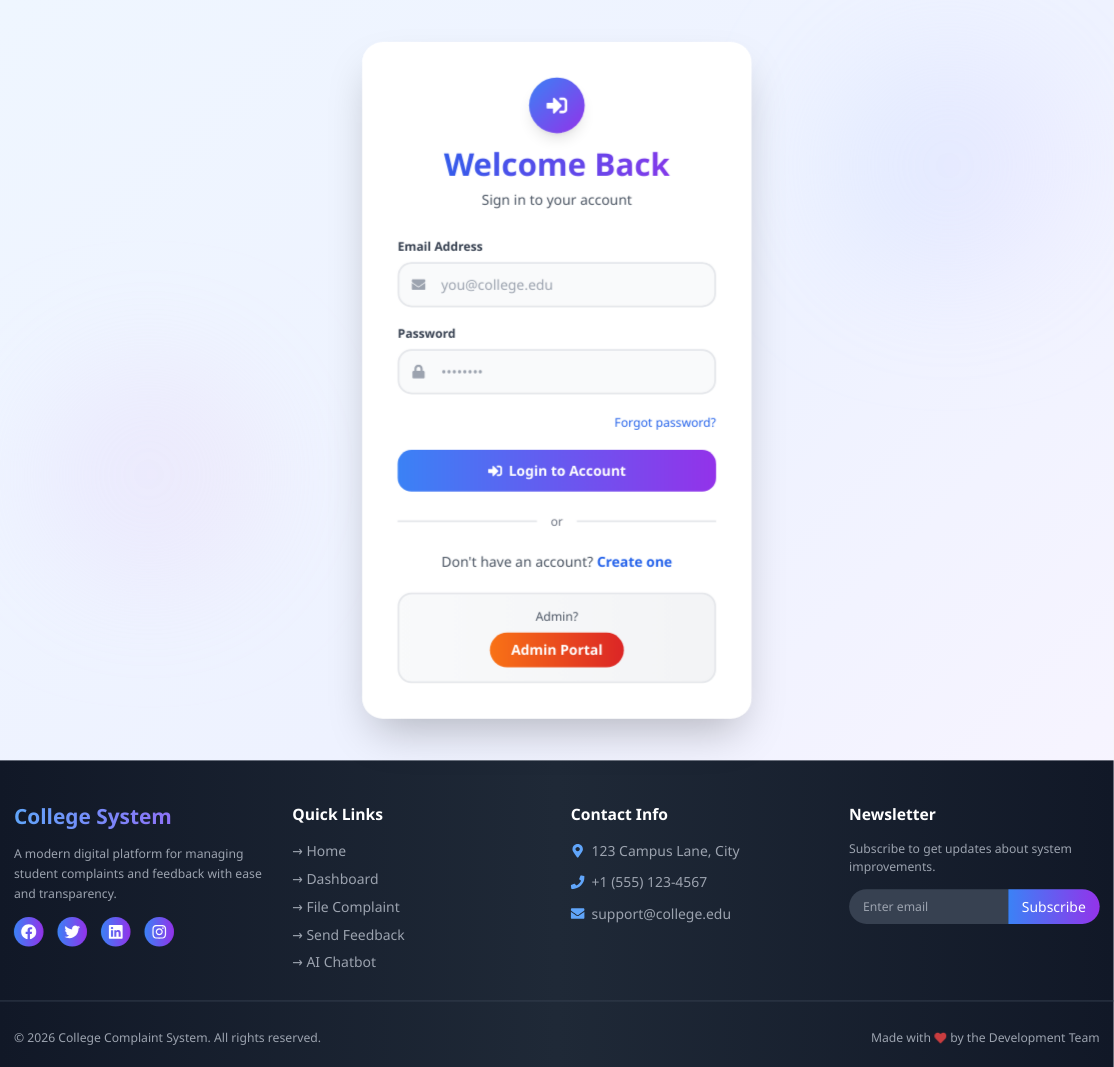
Repository: singrohaanvi/Complaint_System
Page: /login (app in frontend/)
An editor plug-in stored every save of this project. The page is shown before and after a run of saves, followed by the edit.
The browser window is 1280 px wide. The pictures show the whole page, at 87% of full size.
The project was rebuilt for these pictures with package versions that can differ from the ones it lists, and the page was loaded fresh each time. Some packages were replaced by stand-ins written for this rebuild. Also part of the build but not shown: frontend/src/pages/Home.js, frontend/src/pages/FeaturesDetailsPage.js, frontend/src/pages/AboutPage.js, frontend/src/pages/Register.js, frontend/src/components/Navbar.js, frontend/src/pages/Dashboard.js, frontend/src/pages/SubmitComplaint.js, frontend/src/pages/ComplaintStatus.js and 8 more.

Above is the page before, as saved 2026-03-27 01:00:18.

### frontend/public/index.html
<!DOCTYPE html>
<html lang="en">
  <head>
    <meta charset="utf-8" />
    <meta name="viewport" content="width=device-width, initial-scale=1" />
    <meta name="theme-color" content="#000000" />
    <meta
      name="description"
      content="College Complaint and Feedback System"
    />
    <title>College Complaint System</title>
  </head>
  <body>
    <noscript>You need to enable JavaScript to run this app.</noscript>
    <div id="root"></div>
  </body>
</html>

### frontend/src/App.js
import React, { useState, useEffect } from 'react';
import { BrowserRouter as Router, Route, Routes, Navigate } from 'react-router-dom';
import Home from './pages/Home';
import FeaturesDetailsPage from './pages/FeaturesDetailsPage';
import AboutPage from './pages/AboutPage';
import Login from './pages/Login';
import Register from './pages/Register';
import Dashboard from './pages/Dashboard';
import SubmitComplaint from './pages/SubmitComplaint';
import ComplaintStatus from './pages/ComplaintStatus';
import SubmitFeedback from './pages/SubmitFeedback';
import Chatbot from './pages/Chatbot';
import Notifications from './pages/Notifications';
import AdminLogin from './pages/AdminLogin';
import AdminDashboard from './pages/AdminDashboard';
import AdminManageComplaints from './pages/AdminManageComplaints';
import AdminManageFeedback from './pages/AdminManageFeedback';

function App() {
  const [isAuthenticated, setIsAuthenticated] = useState(false);
  const [user, setUser] = useState(null);
  const [isAdminAuthenticated, setIsAdminAuthenticated] = useState(false);
  const [admin, setAdmin] = useState(null);

  useEffect(() => {
    const token = localStorage.getItem('token');
    const storedUser = localStorage.getItem('user');
    const adminToken = localStorage.getItem('adminToken');
    const storedAdmin = localStorage.getItem('admin');

    if (token && storedUser) {
      setIsAuthenticated(true);
      setUser(JSON.parse(storedUser));
    }

    if (adminToken && storedAdmin) {
      setIsAdminAuthenticated(true);
      setAdmin(JSON.parse(storedAdmin));
    }
  }, []);

  const handleLogout = () => {
    localStorage.removeItem('token');
    localStorage.removeItem('user');
    setIsAuthenticated(false);
    setUser(null);
  };

  const handleAdminLogout = () => {
    localStorage.removeItem('adminToken');
    localStorage.removeItem('admin');
    setIsAdminAuthenticated(false);
    setAdmin(null);
  };

  return (
    <Router>
      <Routes>
        {/* Home Page - Always Accessible */}
        <Route path="/" element={<Home />} />
        <Route path="/features" element={<FeaturesDetailsPage />} />
        <Route path="/about" element={<AboutPage />} />

        {/* Student Routes */}
        <Route path="/login" element={<Login setIsAuthenticated={setIsAuthenticated} setUser={setUser} />} />
        <Route path="/register" element={<Register />} />

        {/* Admin Routes */}
        <Route path="/admin/login" element={<AdminLogin setIsAdminAuthenticated={setIsAdminAuthenticated} setAdmin={setAdmin} />} />

        {isAdminAuthenticated ? (
          <>
            <Route path="/admin/dashboard" element={<AdminDashboard admin={admin} handleAdminLogout={handleAdminLogout} />} />
            <Route path="/admin/manage-complaints" element={<AdminManageComplaints admin={admin} handleAdminLogout={handleAdminLogout} />} />
            <Route path="/admin/manage-feedback" element={<AdminManageFeedback admin={admin} handleAdminLogout={handleAdminLogout} />} />
            <Route path="/admin/*" element={<Navigate to="/admin/dashboard" />} />
          </>
        ) : null}

        {isAuthenticated ? (
          <>
            <Route path="/dashboard" element={<Dashboard user={user} handleLogout={handleLogout} />} />
            <Route path="/submit-complaint" element={<SubmitComplaint user={user} handleLogout={handleLogout} />} />
            <Route path="/complaint-status" element={<ComplaintStatus user={user} handleLogout={handleLogout} />} />
            <Route path="/submit-feedback" element={<SubmitFeedback user={user} handleLogout={handleLogout} />} />
            <Route path="/chatbot" element={<Chatbot user={user} handleLogout={handleLogout} />} />
            <Route path="/notifications" element={<Notifications user={user} handleLogout={handleLogout} />} />
            <Route path="/*" element={<Navigate to="/dashboard" />} />
          </>
        ) : (
          <>
            <Route path="*" element={<Navigate to="/" />} />
          </>
        )}
      </Routes>
    </Router>
  );
}

export default App;

### frontend/src/index.css
@tailwind base;
@tailwind components;
@tailwind utilities;

* {
  margin: 0;
  padding: 0;
  box-sizing: border-box;
}

body {
  font-family: 'Segoe UI', Tahoma, Geneva, Verdana, sans-serif;
  background-color: #f5f5f5;
}

### frontend/src/pages/Login.js
import React, { useState } from 'react';
import { useNavigate, Link } from 'react-router-dom';
import axios from 'axios';
import { FaEnvelope, FaLock, FaSignInAlt, FaSpinner } from 'react-icons/fa';
import Footer from '../components/Footer';

function Login({ setIsAuthenticated, setUser }) {
  const [email, setEmail] = useState('');
  const [password, setPassword] = useState('');
  const [error, setError] = useState('');
  const [loading, setLoading] = useState(false);
  const navigate = useNavigate();

  const handleSubmit = async (e) => {
    e.preventDefault();
    setLoading(true);
    setError('');

    try {
      const response = await axios.post('http://localhost:5000/api/auth/login', {
        email,
        password,
      });

      localStorage.setItem('token', response.data.token);
      localStorage.setItem('user', JSON.stringify(response.data.user));
      setIsAuthenticated(true);
      setUser(response.data.user);
      navigate('/dashboard');
    } catch (err) {
      setError(err.response?.data?.message || 'Login failed');
    } finally {
      setLoading(false);
    }
  };

  return (
    <div className="min-h-screen bg-gradient-to-br from-blue-50 via-indigo-50 to-purple-50 flex flex-col">
      <div className="flex-1 flex items-center justify-center px-4 py-12">
        <div className="w-full max-w-md">
          {/* Decorative Elements */}
          <div className="absolute top-10 right-10 w-72 h-72 bg-gradient-to-r from-blue-200 to-purple-200 rounded-full mix-blend-multiply filter blur-3xl opacity-20 animate-blob"></div>
          <div className="absolute bottom-10 left-10 w-72 h-72 bg-gradient-to-r from-purple-200 to-pink-200 rounded-full mix-blend-multiply filter blur-3xl opacity-20 animate-blob animation-delay-2000"></div>

          {/* Card */}
          <div className="relative bg-white rounded-3xl shadow-2xl p-8 md:p-10 backdrop-blur-xl border border-white/20">
            {/* Header */}
            <div className="text-center mb-8">
              <div className="inline-flex items-center justify-center w-16 h-16 rounded-full bg-gradient-to-br from-blue-500 to-purple-600 mb-4 shadow-lg">
                <FaSignInAlt className="text-white text-2xl" />
              </div>
              <h1 className="text-4xl font-bold text-transparent bg-clip-text bg-gradient-to-r from-blue-600 to-purple-600 mb-2">
                Welcome Back
              </h1>
              <p className="text-gray-600">Sign in to your account</p>
            </div>

            {/* Error Message */}
            {error && (
              <div className="bg-red-50 border-2 border-red-200 text-red-700 px-4 py-3 rounded-2xl mb-6 flex items-center space-x-2 animate-shake">
                <span>⚠️</span>
                <span>{error}</span>
              </div>
            )}

            {/* Form */}
            <form onSubmit={handleSubmit} className="space-y-5">
              {/* Email Input */}
              <div className="relative group">
                <label className="block text-sm font-semibold text-gray-700 mb-2">Email Address</label>
                <div className="relative">
                  <FaEnvelope className="absolute left-4 top-1/2 transform -translate-y-1/2 text-gray-400 group-focus-within:text-blue-500 transition" />
                  <input
                    type="email"
                    value={email}
                    onChange={(e) => setEmail(e.target.value)}
                    required
                    className="w-full pl-12 pr-4 py-3 border-2 border-gray-200 rounded-2xl focus:outline-none focus:border-blue-500 focus:ring-4 focus:ring-blue-200 transition bg-gray-50 hover:bg-white"
                    placeholder="you@college.edu"
                  />
                </div>
              </div>

              {/* Password Input */}
              <div className="relative group">
                <label className="block text-sm font-semibold text-gray-700 mb-2">Password</label>
                <div className="relative">
                  <FaLock className="absolute left-4 top-1/2 transform -translate-y-1/2 text-gray-400 group-focus-within:text-blue-500 transition" />
                  <input
                    type="password"
                    value={password}
                    onChange={(e) => setPassword(e.target.value)}
                    required
                    className="w-full pl-12 pr-4 py-3 border-2 border-gray-200 rounded-2xl focus:outline-none focus:border-blue-500 focus:ring-4 focus:ring-blue-200 transition bg-gray-50 hover:bg-white"
                    placeholder="••••••••"
                  />
                </div>
              </div>

              {/* Forgot Password Link */}
              <div className="text-right">
                <a href="#" className="text-sm text-blue-600 hover:text-purple-600 font-medium transition">
                  Forgot password?
                </a>
              </div>

              {/* Submit Button */}
              <button
                type="submit"
                disabled={loading}
                className="w-full bg-gradient-to-r from-blue-500 to-purple-600 hover:from-blue-600 hover:to-purple-700 text-white font-bold py-3 px-4 rounded-2xl transition transform hover:scale-105 hover:shadow-xl disabled:opacity-70 disabled:cursor-not-allowed disabled:scale-100 flex items-center justify-center space-x-2"
              >
                {loading ? (
                  <>
                    <FaSpinner className="animate-spin" />
                    <span>Logging in...</span>
                  </>
                ) : (
                  <>
                    <FaSignInAlt />
                    <span>Login to Account</span>
                  </>
                )}
              </button>
            </form>

            {/* Divider */}
            <div className="my-6 flex items-center">
              <div className="flex-1 border-t-2 border-gray-200"></div>
              <div className="px-4 text-gray-500 text-sm">or</div>
              <div className="flex-1 border-t-2 border-gray-200"></div>
            </div>

            {/* Register Link */}
            <p className="text-center text-gray-600">
              Don't have an account?{' '}
              <Link to="/register" className="text-blue-600 hover:text-purple-600 font-bold transition">
                Create one
              </Link>
            </p>

            {/* Admin Login Link */}
            <div className="mt-6 p-4 bg-gradient-to-r from-gray-50 to-gray-100 rounded-2xl border-2 border-gray-200 text-center">
              <p className="text-sm text-gray-600 mb-2">Admin?</p>
              <Link
                to="/admin/login"
                className="inline-block bg-gradient-to-r from-orange-500 to-red-600 text-white font-bold py-2 px-6 rounded-full hover:shadow-lg hover:shadow-orange-500/50 transition transform hover:scale-105"
              >
                Admin Portal
              </Link>
            </div>
          </div>
        </div>
      </div>

      {/* Footer */}
      <Footer />

      <style jsx>{`
        @keyframes blob {
          0%, 100% {
            transform: translate(0, 0) scale(1);
          }
          33% {
            transform: translate(30px, -50px) scale(1.1);
          }
          66% {
            transform: translate(-20px, 20px) scale(0.9);
          }
        }

        @keyframes shake {
          0%, 100% {
            transform: translateX(0);
          }
          25% {
            transform: translateX(-5px);
          }
          75% {
            transform: translateX(5px);
          }
        }

        .animate-blob {
          animation: blob 7s infinite;
        }

        .animation-delay-2000 {
          animation-delay: 2s;
        }

        .animate-shake {
          animation: shake 0.5s;
        }
      `}</style>
    </div>
  );
}

export default Login;

Loaded but not shown: frontend/src/index.js (common file); frontend/tailwind.config.js (common file); frontend/src/components/Footer.js (149 lines, source omitted)

After the next 2 saves:
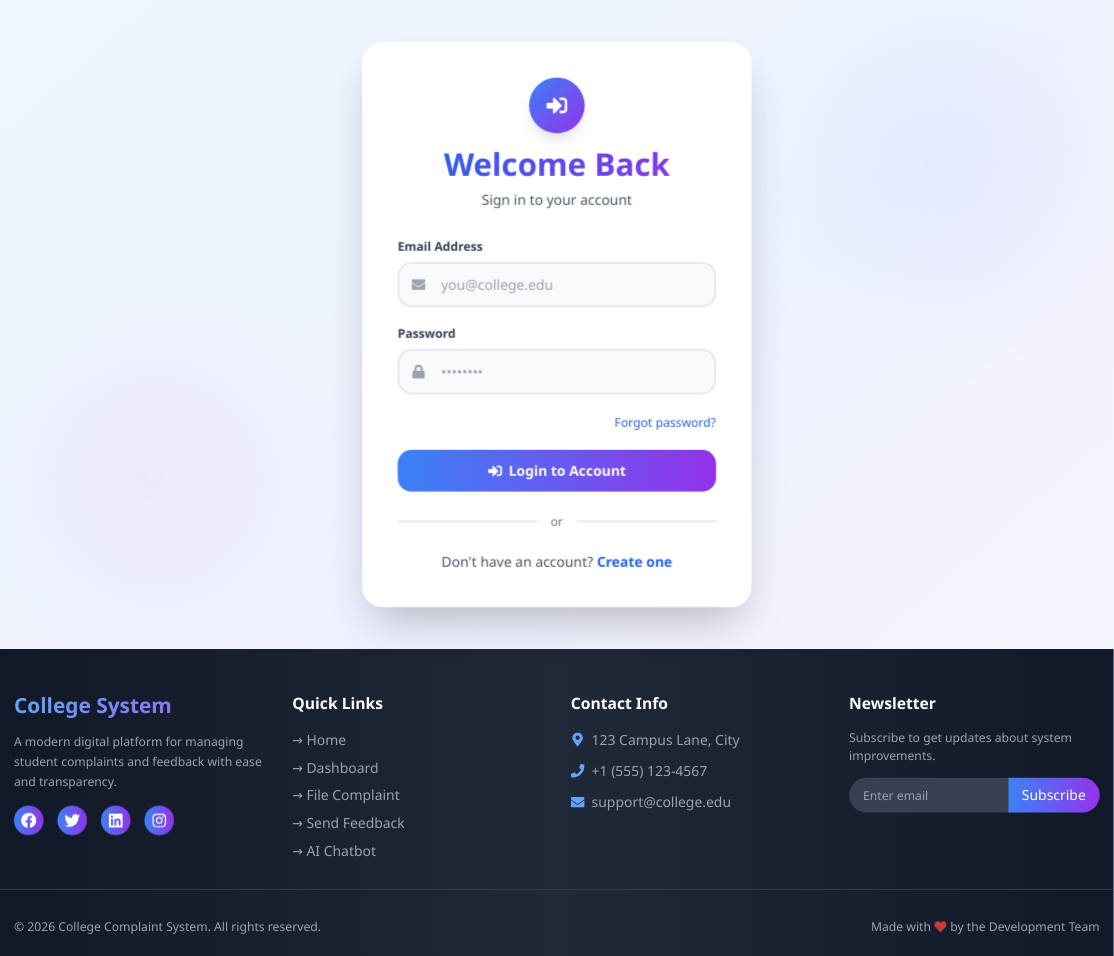
The 2 saves are shown as one change because they came seconds apart.
The last was saved 6 min 32 s later.
--- a/frontend/src/pages/Login.js
+++ b/frontend/src/pages/Login.js
@@ -140,7 +140,7 @@
             </p>
 
             {/* Admin Login Link */}
-            <div className="mt-6 p-4 bg-gradient-to-r from-gray-50 to-gray-100 rounded-2xl border-2 border-gray-200 text-center">
+            {/* <div className="mt-6 p-4 bg-gradient-to-r from-gray-50 to-gray-100 rounded-2xl border-2 border-gray-200 text-center">
               <p className="text-sm text-gray-600 mb-2">Admin?</p>
               <Link
                 to="/admin/login"
@@ -148,7 +148,7 @@
               >
                 Admin Portal
               </Link>
-            </div>
+            </div> */}
           </div>
         </div>
       </div>

After the save that followed:
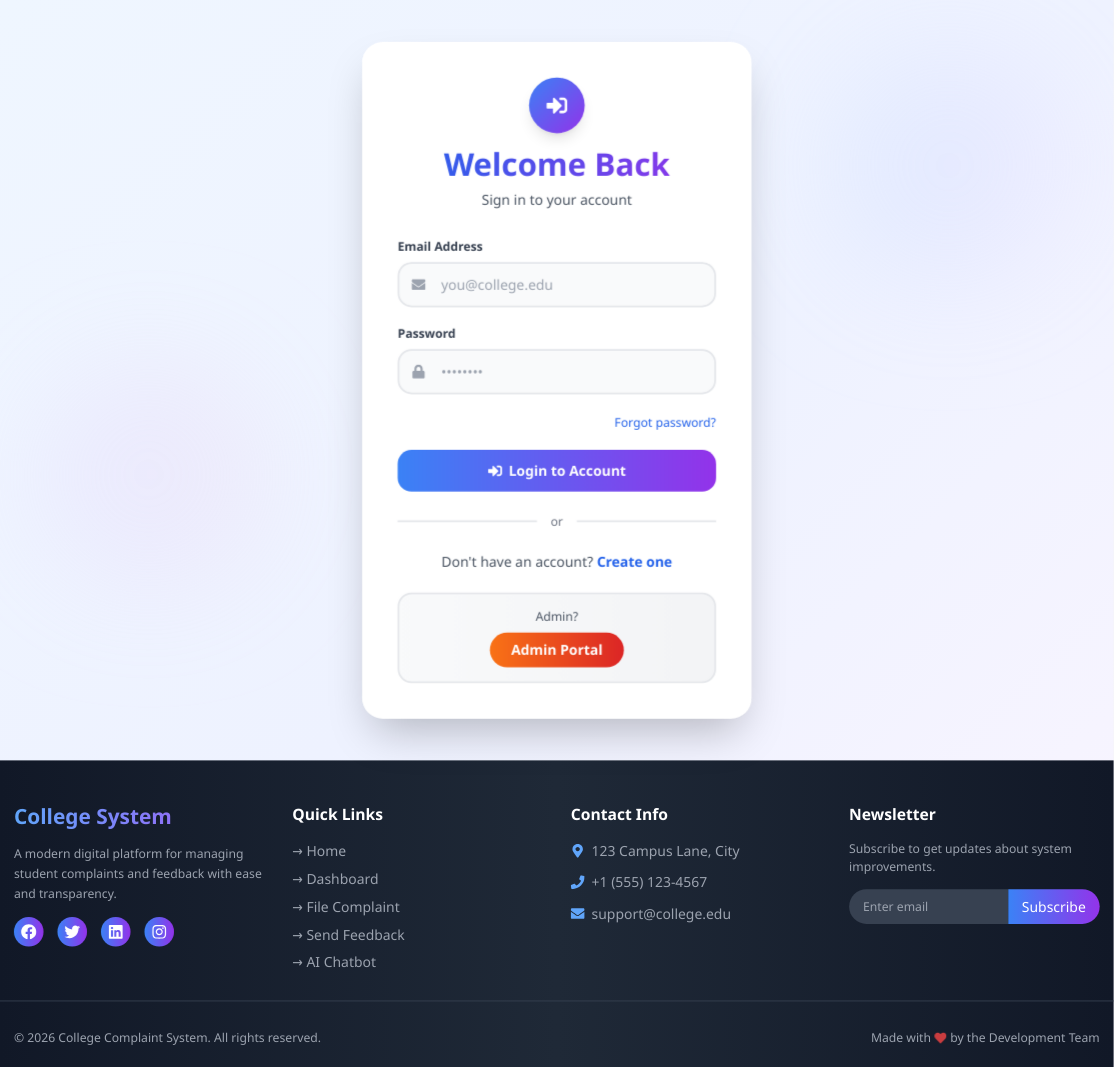
Saved 9 s later.
--- a/frontend/src/pages/Login.js
+++ b/frontend/src/pages/Login.js
@@ -140,7 +140,7 @@
             </p>
 
             {/* Admin Login Link */}
-            {/* <div className="mt-6 p-4 bg-gradient-to-r from-gray-50 to-gray-100 rounded-2xl border-2 border-gray-200 text-center">
+            <div className="mt-6 p-4 bg-gradient-to-r from-gray-50 to-gray-100 rounded-2xl border-2 border-gray-200 text-center">
               <p className="text-sm text-gray-600 mb-2">Admin?</p>
               <Link
                 to="/admin/login"
@@ -148,7 +148,7 @@
               >
                 Admin Portal
               </Link>
-            </div> */}
+            </div>
           </div>
         </div>
       </div>
